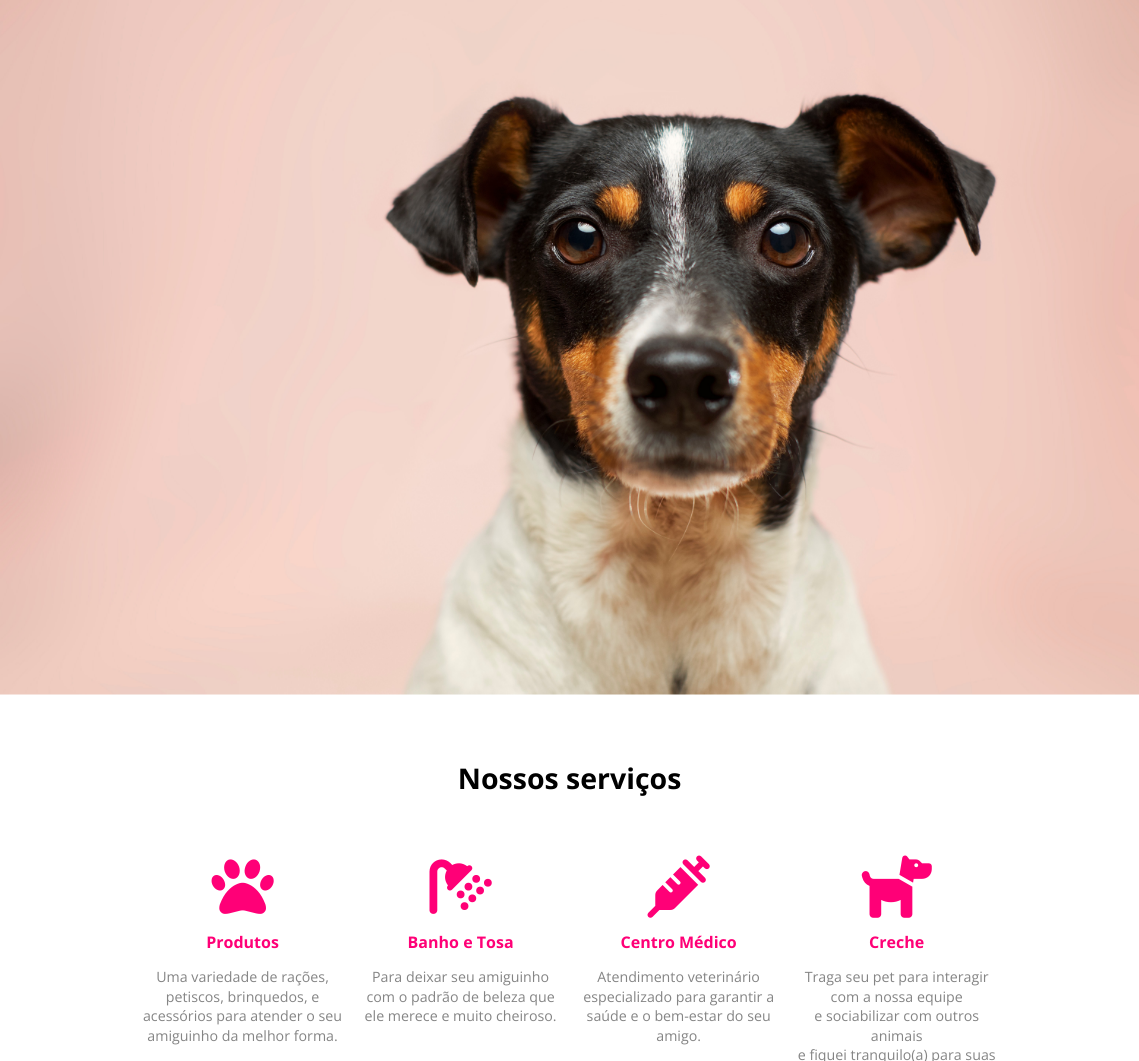
Repository: Carolden/ProhetoPetShop
Page: index.html
The author's editor kept a copy of each file at every save. The page is drawn from the files as they stood at one save, then again after the next save.
The browser window is 1280 px wide. The pictures show the part of the page from y = 270 to 1462 px (the page is 3340 px tall before and 3313 px after), at 89% of full size.
A picture or video elsewhere on the page could not be fetched, so the positions and the page height are approximate.

Above is the page before, as saved 2023-04-28 10:49:00.

After the next save:
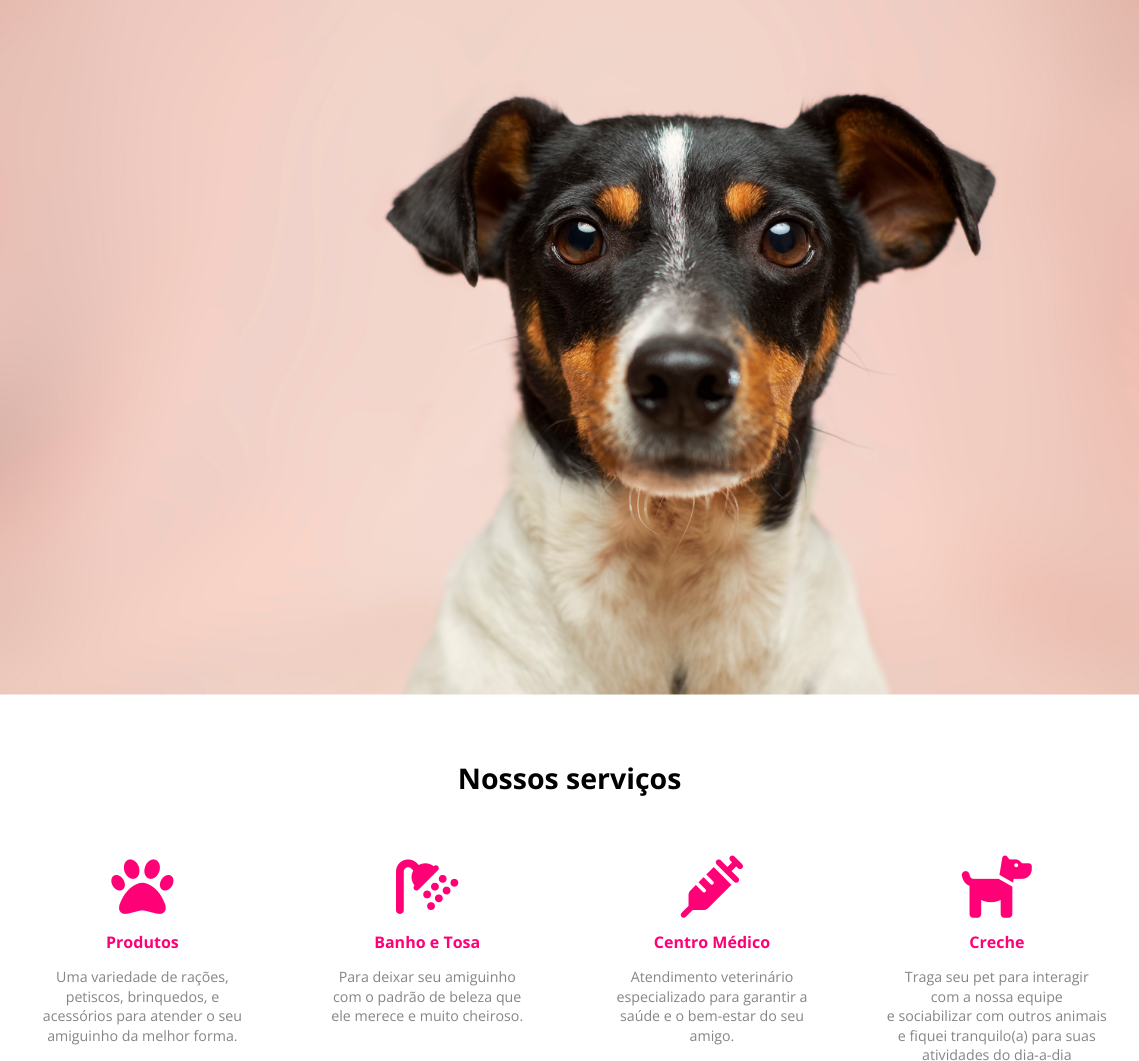
Saved 37 s later.
--- a/index.css
+++ b/index.css
@@ -100,8 +100,8 @@
 }
 
 .container {
-    margin-left: 150px;
-    margin-right: 150px;
+    /* margin-left: 150px;
+    margin-right: 150px; */
 }
 
 .prodrow {

After the save that followed:
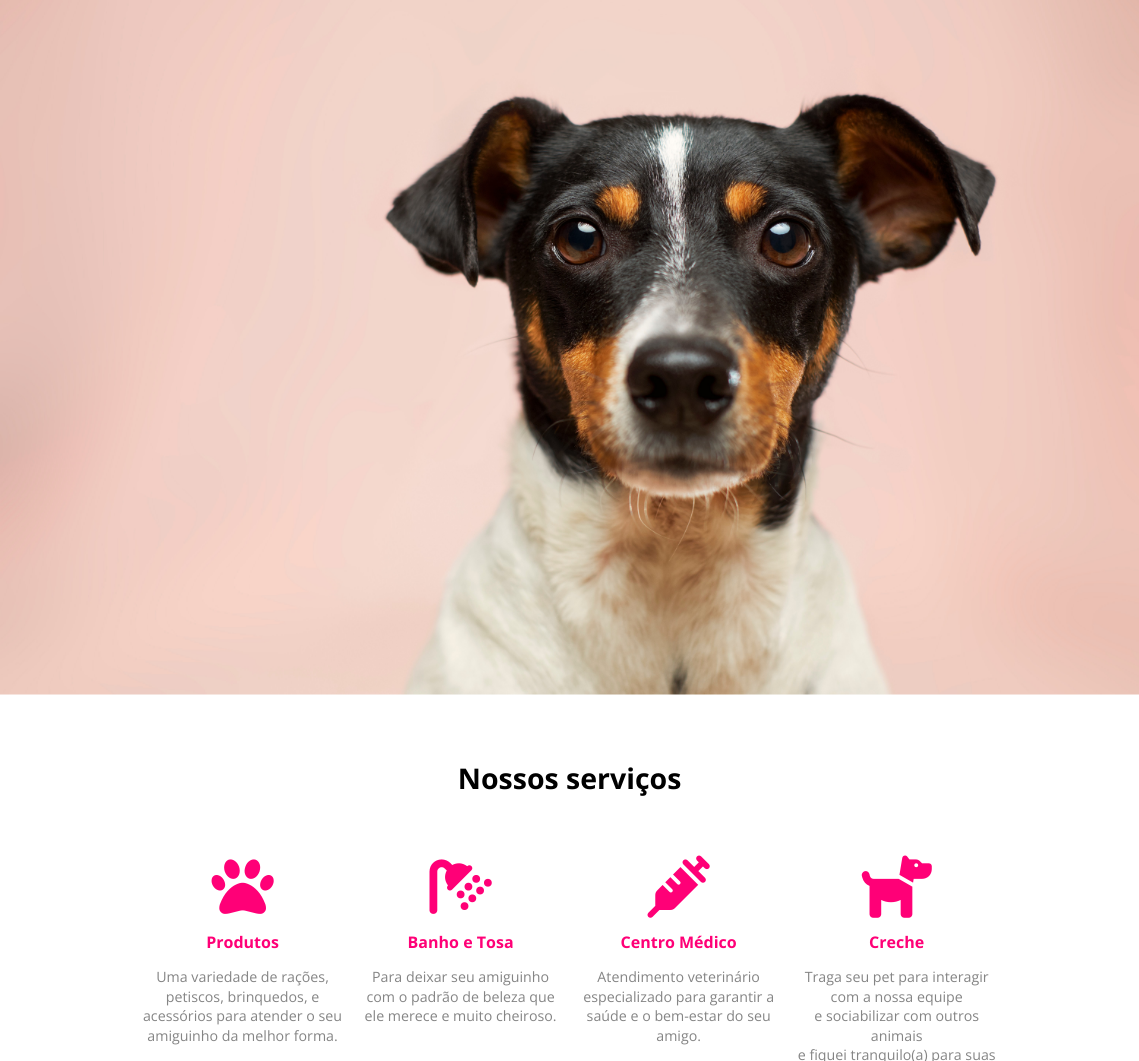
Saved 7 s later.
--- a/index.css
+++ b/index.css
@@ -100,8 +100,8 @@
 }
 
 .container {
-    /* margin-left: 150px;
-    margin-right: 150px; */
+    margin-left: 150px;
+    margin-right: 150px;
 }
 
 .prodrow {
